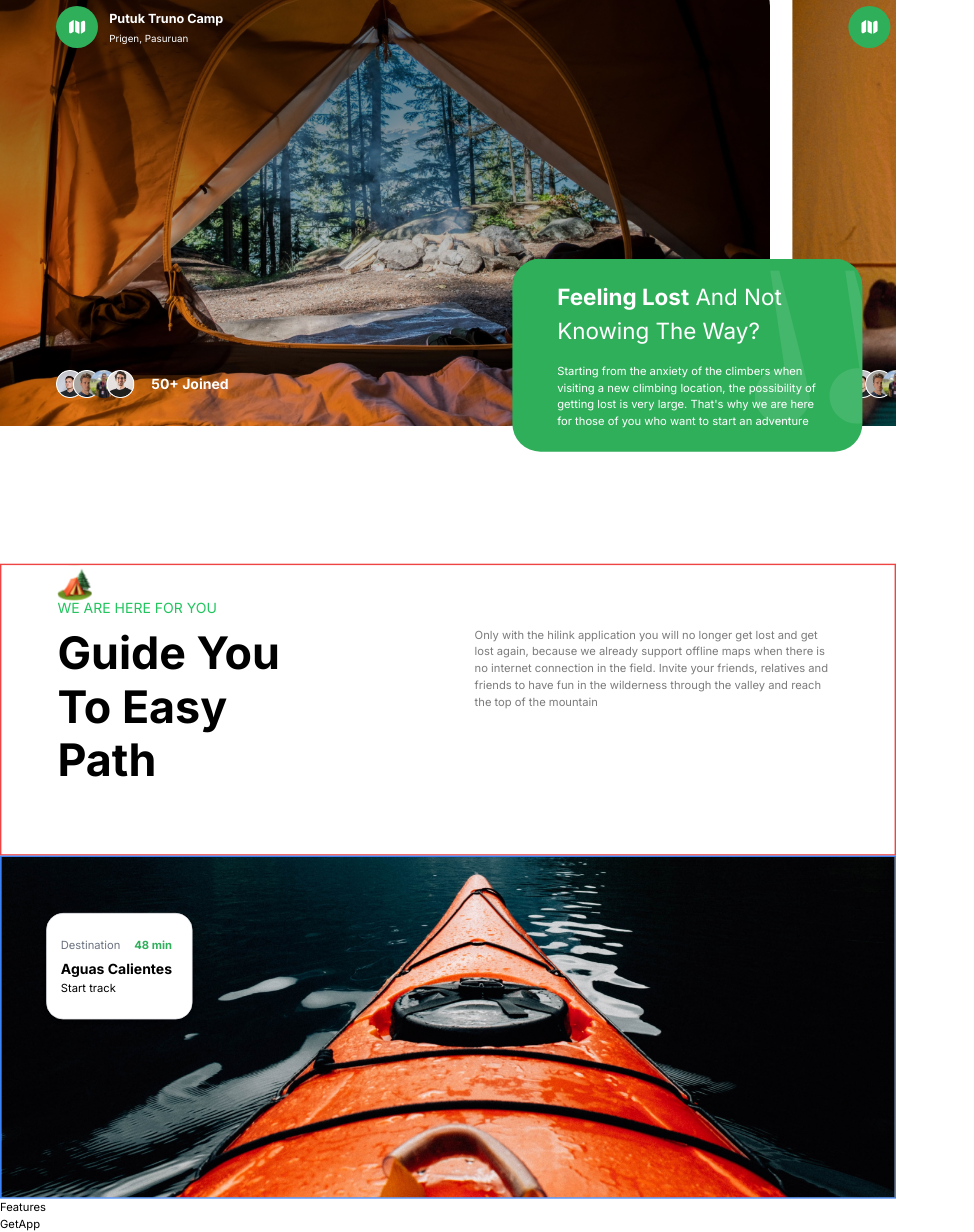
Repository: abdulrahmanmahmood/Travel-App
Page: /
An editor plug-in stored every save of this project. The page is shown before and after a run of saves, followed by the edit.
The browser window is 1280 px wide. The page is 1392 px wide, so the pictures cover 1392 px, including what lies to the right of the window. The pictures show the part of the page from y = 966 to 2726 px (the page is 2726 px tall), at 70% of full size.
The project was rebuilt for these pictures with package versions that can differ from the ones it lists, and the page was loaded fresh each time. The framework's server and built-in components were replaced by stand-ins that run in the browser. Also part of the build but not shown: next.config.js.

Above is the page before, as saved 2023-11-08 11:12:35.

After the next 2 saves:
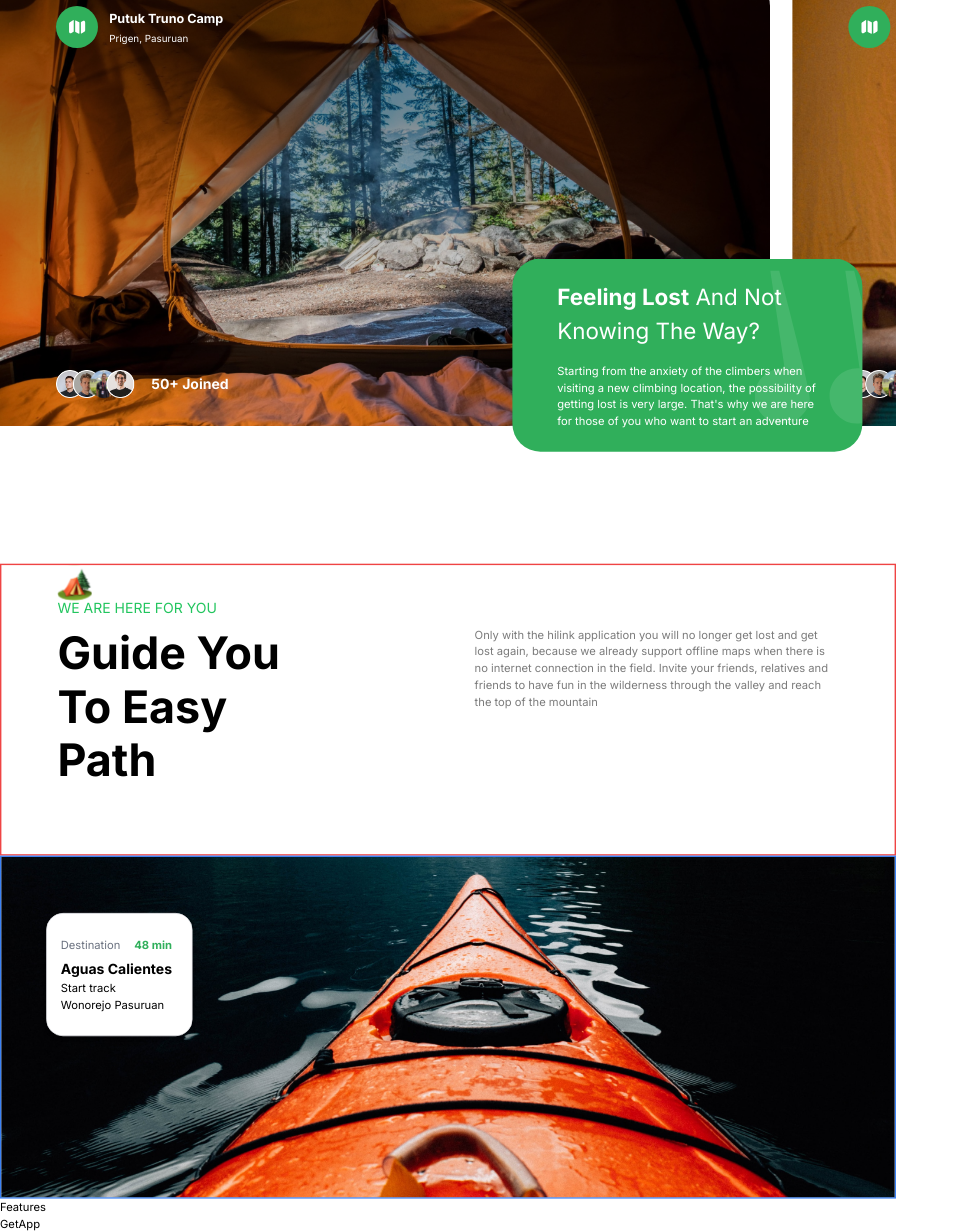
The 2 saves are shown as one change because they came seconds apart.
The last was saved 9 s later.
--- a/components/Guide.tsx
+++ b/components/Guide.tsx
@@ -40,6 +40,7 @@ function Guide() {
             </div>
             <div className="flex w-full flex-col">
               <p>Start track</p>
+              <p>Wonorejo Pasuruan</p>
             </div>
           </div>
         </div>
